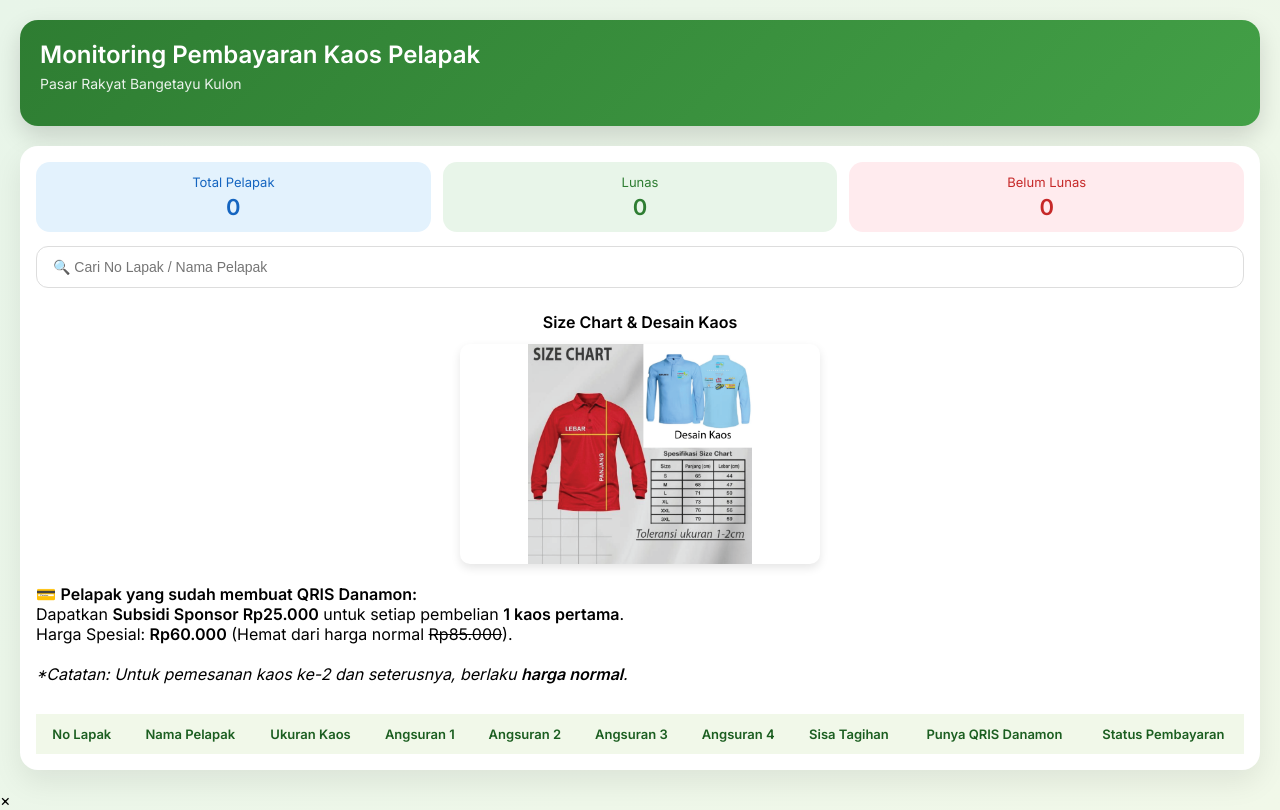
Repository: pasarrakyatbak/monitoringpembayarankaos
Page: index.html
The author's editor kept a copy of each file at every save. The page is drawn from the files as they stood at one save, then again after a run of saves.
The browser window is 1280 px wide. The pictures show the whole page.
The page's requests for data from a server got no answer.

Above is the page before, as saved 2026-01-04 14:39:25.

### index.html
<!DOCTYPE html>
<html lang="id">

<head>
    <meta charset="UTF-8">
    <meta name="viewport" content="width=device-width, initial-scale=1.0">
    <title>Monitoring Pembayaran Kaos</title>

    <!-- FONT -->
    <link rel="preconnect" href="https://fonts.googleapis.com">
    <link rel="preconnect" href="https://fonts.gstatic.com" crossorigin>
    <link href="https://fonts.googleapis.com/css2?family=Inter:wght@400;500;600&display=swap" rel="stylesheet">

    <link rel="stylesheet" href="style.css">
</head>

<body>

    <div class="app">

        <!-- HEADER -->
        <header class="header">
            <h1>Monitoring Pembayaran Kaos Pelapak</h1>
            <p>Pasar Rakyat Bangetayu Kulon</p>
        </header>

        <!-- CARD -->
        <div class="card">

            <!-- RINGKASAN -->
            <div class="summary" id="summary">
                <div class="summary-card total">
                    <span>Total Pelapak</span>
                    <strong id="totalPelapak">0</strong>
                </div>
                <div class="summary-card lunas">
                    <span>Lunas</span>
                    <strong id="totalLunas">0</strong>
                </div>
                <div class="summary-card belum">
                    <span>Belum Lunas</span>
                    <strong id="totalBelum">0</strong>
                </div>
            </div>

            <!-- TOOLBAR -->
            <div class="toolbar">
                <input type="text" id="searchInput" placeholder="🔍 Cari No Lapak / Nama Pelapak">
            </div>

            <!-- ====== SECTION GAMBAR KAOS ====== -->
            <section class="kaos-section">
                <h2>Size Chart & Desain Kaos </h2>

                <div class="kaos-image-wrapper">
                    <img src="assets/img/kaos.png" alt="Size Chart dan Desain Kaos" class="kaos-image" id="kaosImage">
                </div>
            </section>
            <!-- ===== INFO SUBSIDI QRIS ===== -->
            <div class="qris-info">
                <p>
                    💳 <strong>Pelapak yang sudah membuat QRIS Danamon:</strong><br>
                    Dapatkan <strong>Subsidi Sponsor Rp25.000</strong> untuk setiap pembelian <strong>1 kaos
                        pertama</strong>.<br>
                    Harga Spesial: <strong>Rp60.000</strong> (Hemat dari harga normal <del>Rp85.000</del>).<br><br>
                    <em>*Catatan: Untuk pemesanan kaos ke-2 dan seterusnya, berlaku <strong>harga normal</strong>.</em>
                </p>
            </div>
            <!-- DESKTOP TABLE -->
            <div class="desktop-view">
                <table>
                    <thead>
                        <tr>
                            <th>No Lapak</th>
                            <th>Nama Pelapak</th>
                            <th>Ukuran Kaos</th>
                            <th>Angsuran 1</th>
                            <th>Angsuran 2</th>
                            <th>Angsuran 3</th>
                            <th>Angsuran 4</th>
                            <th>Sisa Tagihan</th>
                            <th>Punya QRIS Danamon</th>
                            <th>Status Pembayaran</th>
                        </tr>
                    </thead>
                    <tbody id="tableBody"></tbody>
                </table>
            </div>

            <!-- MOBILE CARD -->
            <div class="mobile-view" id="cardContainer"></div>

        </div>
    </div>

    <!-- ===== MODAL ZOOM GAMBAR ===== -->
    <div class="image-modal hidden" id="imageModal">
        <span class="close">&times;</span>
        <img class="modal-content" id="modalImg">
    </div>

    <!-- ===== LOADING OVERLAY ===== -->
    <div id="loadingOverlay" class="loading-overlay hidden">
        <div class="spinner"></div>
        <p>Memuat data...</p>
    </div>
    <script src="script.js"></script>
    <!-- LOADING OVERLAY -->
    <div id="loadingOverlay" class="loading-overlay hidden">
        <div class="spinner"></div>
        <p>Memuat data...</p>
    </div>
</body>

</html>

### style.css
* {
  box-sizing: border-box;
}

body {
  margin: 0;
  font-family: 'Inter', sans-serif;
  background: linear-gradient(135deg, #e8f5e9, #f1f8e9);
}

.app {
  max-width: 1400px;
  margin: auto;
  padding: 20px;
}

/* ================= HEADER ================= */
.header {
  background: linear-gradient(135deg, #2e7d32, #43a047);
  color: #fff;
  padding: 20px;
  border-radius: 18px;
  box-shadow: 0 10px 25px rgba(0, 0, 0, .15);
}

.header h1 {
  margin: 0;
  font-size: 24px;
}

.header p {
  margin-top: 6px;
  opacity: .9;
  font-size: 14px;
}

/* ================= CARD ================= */
.card {
  margin-top: 20px;
  background: #fff;
  border-radius: 18px;
  padding: 16px;
  box-shadow: 0 12px 30px rgba(0, 0, 0, .08);
}

/* ================= SUMMARY ================= */
.summary {
  display: grid;
  grid-template-columns: repeat(3, 1fr);
  gap: 12px;
  margin-bottom: 14px;
}

.summary-card {
  background: #f5f5f5;
  border-radius: 14px;
  padding: 12px;
  text-align: center;
  font-size: 13px;
}

.summary-card strong {
  display: block;
  font-size: 22px;
  margin-top: 4px;
}

.summary-card.total {
  background: #e3f2fd;
  color: #1565c0;
}

.summary-card.lunas {
  background: #e8f5e9;
  color: #2e7d32;
}

.summary-card.belum {
  background: #ffebee;
  color: #c62828;
}

/* ================= TOOLBAR ================= */
.toolbar input {
  width: 100%;
  padding: 12px 16px;
  border-radius: 12px;
  border: 1px solid #ddd;
  font-size: 14px;
}

.toolbar input:focus {
  outline: none;
  border-color: #2e7d32;
}

/* ================= TABLE ================= */
.desktop-view {
  overflow-x: auto;
}

table {
  width: 100%;
  border-collapse: collapse;
  margin-top: 14px;
  min-width: 1000px;
}

thead th {
  background: #f1f8e9;
  color: #1b5e20;
  padding: 12px;
  font-size: 13px;
  position: sticky;
  top: 0;
}

tbody td {
  padding: 12px;
  font-size: 13px;
  text-align: center;
  border-bottom: 1px solid #eee;
}

tbody tr:hover {
  background: #fafafa;
}

/* 🔴 AUTO MERAH BELUM LUNAS */
tr.belum-lunas {
  background: #ffebee !important;
}

tr.belum-lunas:hover {
  background: #ffcdd2 !important;
}

/* ================= BADGE ================= */
.badge {
  padding: 4px 10px;
  border-radius: 20px;
  font-size: 12px;
  font-weight: 600;
}

.badge-lunas {
  background: #e8f5e9;
  color: #2e7d32;
}

.badge-belum {
  background: #fff3e0;
  color: #ef6c00;
}

.badge-yes {
  background: #e3f2fd;
  color: #1565c0;
}

.badge-no {
  background: #fce4ec;
  color: #c2185b;
}

/* ================= MOBILE CARD ================= */
.mobile-view {
  display: none;
  margin-top: 16px;
  gap: 14px;
}

.pelapak-card {
  background: #fff;
  border-radius: 16px;
  padding: 14px;
  box-shadow: 0 8px 20px rgba(0, 0, 0, .08);
  border-left: 6px solid #2e7d32;
}

/* 🔴 CARD MERAH BELUM LUNAS */
.pelapak-card.belum-lunas {
  border-left-color: #c62828;
  background: #fff5f5;
}

.pelapak-header {
  display: flex;
  justify-content: space-between;
  align-items: center;
}

.lapak {
  font-weight: 600;
  color: #1b5e20;
}

.nama {
  font-size: 13px;
  color: #555;
}

.pelapak-body {
  margin-top: 10px;
  display: grid;
  grid-template-columns: repeat(2, 1fr);
  gap: 8px;
}

.item {
  background: #f1f8e9;
  border-radius: 10px;
  padding: 8px;
  text-align: center;
  font-size: 12px;
}

.item span {
  display: block;
  font-size: 11px;
  color: #666;
}

.summary {
  display: grid;
  grid-template-columns: repeat(3, 1fr);
  gap: 12px;
  margin-bottom: 14px;
}

.summary-card {
  border-radius: 14px;
  padding: 12px;
  text-align: center;
  font-size: 13px;
}

.summary-card strong {
  display: block;
  font-size: 22px;
  margin-top: 4px;
}

.summary-card.total {
  background: #e3f2fd;
  color: #1565c0;
}

.summary-card.lunas {
  background: #e8f5e9;
  color: #2e7d32;
}

.summary-card.belum {
  background: #ffebee;
  color: #c62828;
}

/* ================= LOADING ================= */
.loading-overlay {
  position: fixed;
  top: 0;
  left: 0;
  width: 100%;
  height: 100%;
  background: rgba(255, 255, 255, 0.85);
  display: flex;
  flex-direction: column;
  align-items: center;
  justify-content: center;
  z-index: 9999;
  backdrop-filter: blur(4px);
}

.loading-overlay p {
  margin-top: 12px;
  font-size: 14px;
  color: #2e7d32;
  font-weight: 500;
}

.loading-overlay.hidden {
  display: none;
}

.spinner {
  width: 48px;
  height: 48px;
  border: 5px solid #e0e0e0;
  border-top: 5px solid #2e7d32;
  border-radius: 50%;
  animation: spin 1s linear infinite;
}

@keyframes spin {
  to {
    transform: rotate(360deg);
  }
}

/* =============================
   SECTION GAMBAR KAOS
============================= */
.kaos-section {
  margin-top: 24px;
  text-align: center;
}

.kaos-section h2 {
  font-size: 16px;
  font-weight: 600;
  margin-bottom: 12px;
}

/* WRAPPER */
.kaos-image-wrapper {
  max-width: 360px;
  /* BATAS LEBAR */
  margin: 0 auto;
}

/* GAMBAR */
.kaos-image {
  width: 100%;
  max-height: 220px;
  /* BATAS TINGGI */
  object-fit: contain;
  border-radius: 10px;
  box-shadow: 0 4px 10px rgba(0, 0, 0, .1);
}

/* TEKS HINT */
.hint {
  font-size: 12px;
  color: #777;
  margin-top: 6px;
}

/* =============================
   RESPONSIVE DESKTOP
============================= */
/* ================= RESPONSIVE ================= */
@media (max-width: 768px) {
  .summary {
    grid-template-columns: 1fr;
  }

  .kaos-image-wrapper {
    max-width: 420px;
  }

  .kaos-image {
    max-height: 260px;
  }

  .desktop-view {
    display: none;
  }

  .mobile-view {
    display: grid;
    grid-template-columns: 1fr;
    gap: 16px;
  }

  .summary {
    grid-template-columns: 1fr;
  }

  .lapak {
    font-size: 16px;
  }

  .nama {
    font-size: 14px;
  }

  .pelapak-body {
    font-size: 13px;
  }

  .item.full {
    grid-column: span 2;
  }

  .item strong {
    font-weight: 600;
    color: #2e7d32;
  }
}

### script.js
const API_URL = "https://script.google.com/macros/s/AKfycby4z2qZ24SrJkcyGpybH29lSUC_3_z1LG-7wSmTzpaOEXrwjXf0Cl3hqkg95qAxPj1-/exec";

let allData = [];

document.addEventListener('DOMContentLoaded', () => {
    const searchInput = document.getElementById('searchInput');
    const tableBody = document.getElementById('tableBody');
    const cardContainer = document.getElementById('cardContainer');

    const loadingOverlay = document.getElementById('loadingOverlay');

    // =============================
    // LOADING HELPER
    // =============================
    function showLoading() {
        loadingOverlay.classList.remove('hidden');
    }

    function hideLoading() {
        loadingOverlay.classList.add('hidden');
    }

    // =============================
    // LOAD DATA
    // =============================
    async function loadData() {
        try {
            showLoading();

            const res = await fetch(API_URL + "?action=list");
            const data = await res.json();

            allData = data;
            renderAll(data);
            renderSummary(data);

        } catch (err) {
            console.error(err);
            alert("Gagal memuat data");
        } finally {
            hideLoading();
        }
    }

    // =============================
    // SUMMARY
    // =============================
    function renderSummary(data) {
        const totalPelapak = data.length;
        const totalLunas = data.filter(d => d.lunas).length;
        const totalBelum = totalPelapak - totalLunas;

        document.getElementById('totalPelapak').textContent = totalPelapak;
        document.getElementById('totalLunas').textContent = totalLunas;
        document.getElementById('totalBelum').textContent = totalBelum;
    }

    // =============================
    // RENDER ALL
    // =============================
    function renderAll(data) {
        renderTable(data);
        renderCard(data);
    }

    // =============================
    // TABLE (DESKTOP)
    // =============================
    function renderTable(data) {
        tableBody.innerHTML = '';

        data.forEach((row, index) => {
            const statusText = row.lunas ? 'Lunas' : 'Belum Lunas';
            const statusBadge = row.lunas ? 'badge-lunas' : 'badge-belum';
            const rowClass = row.lunas ? '' : 'belum-lunas';

            tableBody.innerHTML += `
        <tr class="${rowClass}">
          <td>${row.noLapak}</td>
          <td>${row.nama}</td>
          <td>${row.ukuran}</td>
          <td>${row.a1}</td>
          <td>${row.a2}</td>
          <td>${row.a3}</td>
          <td>${row.a4}</td>
          <td>Rp ${Number(row.total).toLocaleString('id-ID')}</td>
          <td>
            <input type="checkbox" ${row.qris ? 'checked' : ''} data-index="${index}">
          </td>
          <td>
            <span class="badge ${statusBadge}">${statusText}</span>
          </td>
        </tr>
      `;
        });
    }

    // =============================
    // CARD (MOBILE)
    // =============================
    function renderCard(data) {
        cardContainer.innerHTML = '';

        data.forEach((row, index) => {
            const statusText = row.lunas ? 'Lunas' : 'Belum Lunas';
            const statusBadge = row.lunas ? 'badge-lunas' : 'badge-belum';
            const cardClass = row.lunas ? '' : 'belum-lunas';

            cardContainer.innerHTML += `
        <div class="pelapak-card ${cardClass}">
          <div class="pelapak-header">
            <div>
              <div class="lapak">Lapak ${row.noLapak}</div>
              <div class="nama">${row.nama}</div>
            </div>
            <span class="badge ${statusBadge}">${statusText}</span>
          </div>

          <div class="pelapak-body">
            <div class="item"><span>Ukuran Kaos</span><strong>${row.ukuran}</strong></div>
            <div class="item"><span>Angsuran 1</span><strong>${row.a1}</strong></div>
            <div class="item"><span>Angsuran 2</span><strong>${row.a2}</strong></div>
            <div class="item"><span>Angsuran 3</span><strong>${row.a3}</strong></div>
            <div class="item"><span>Angsuran 4</span><strong>${row.a4}</strong></div>
            <div class="item"><span>Sisa Tagihan</span><strong>Rp ${Number(row.total).toLocaleString('id-ID')}</strong></div>
            <div class="item full">
              <span>Punya QRIS Danamon</span>
              <input type="checkbox" ${row.qris ? 'checked' : ''} data-index="${index}">
            </div>
          </div>
        </div>
      `;
        });
    }


    // =============================
    // UPDATE QRIS (WITH LOADING)
    // =============================
    document.body.addEventListener('change', async (e) => {
        if (e.target.type === 'checkbox' && e.target.dataset.index !== undefined) {
            const index = e.target.dataset.index;

            try {
                showLoading();

                const formData = new FormData();
                formData.append("action", "updateQRIS");
                formData.append("index", index);
                formData.append("qris", e.target.checked ? "true" : "false");

                await fetch(API_URL, {
                    method: "POST",
                    body: formData
                });

                await loadData();
            } catch (err) {
                console.error(err);
                alert("Gagal update data");
            } finally {
                hideLoading();
            }
        }
    });

    // =============================
    // SEARCH
    // =============================
    searchInput.addEventListener('keyup', () => {
        const keyword = searchInput.value.toLowerCase();

        const filtered = allData.filter(item =>
            item.noLapak.toString().includes(keyword) ||
            item.nama.toLowerCase().includes(keyword)
        );

        renderAll(filtered);
        renderSummary(filtered);
    });

    // INIT
    loadData();
});

After the next 2 saves:
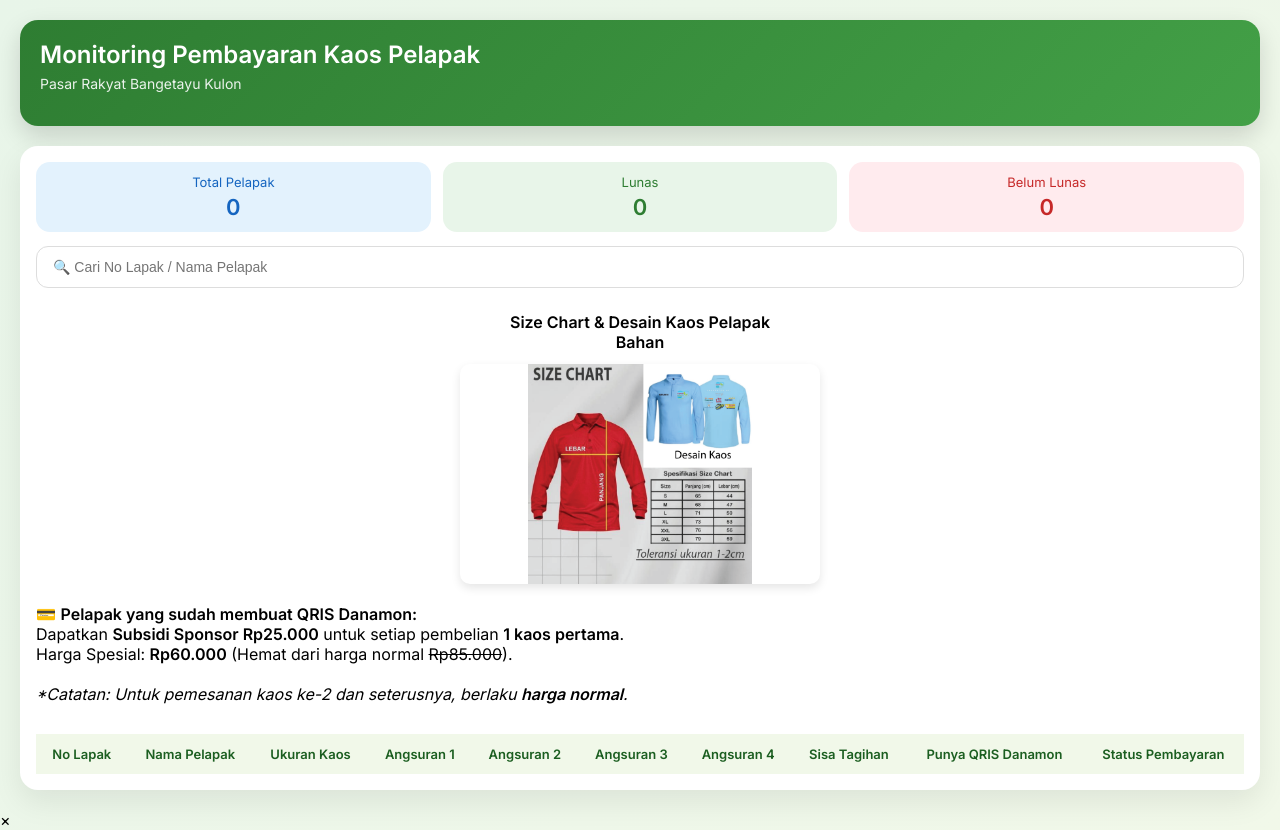
The 2 saves are shown as one change because they came seconds apart.
The last was saved 9 s later.
--- a/index.html
+++ b/index.html
@@ -50,7 +50,8 @@
 
             <!-- ====== SECTION GAMBAR KAOS ====== -->
             <section class="kaos-section">
-                <h2>Size Chart & Desain Kaos </h2>
+                <h2>Size Chart & Desain Kaos Pelapak <br>
+                Bahan </h2>
 
                 <div class="kaos-image-wrapper">
                     <img src="assets/img/kaos.png" alt="Size Chart dan Desain Kaos" class="kaos-image" id="kaosImage">
